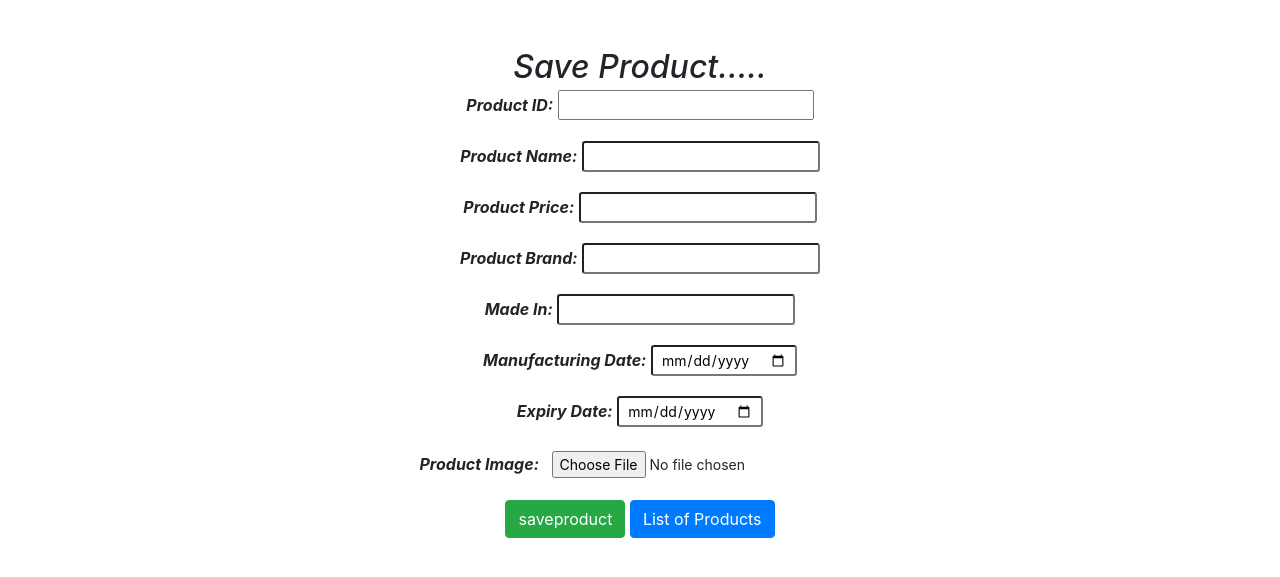
Repository: ShailajaMakkala/AdvJavaPrograms
Page: ProductManagementApp1/src/main/webapp/add-product.html
These files come from the project's save history. The page is drawn as it stood at one moment and after the next save; the edit follows.
The browser window is 1280 px wide. The pictures show the whole page.

Above is the page before, as saved 2024-03-11 09:44:54.

### ProductManagementApp1/src/main/webapp/add-product.html
<html>
<head>
<title>Add Product</title>

<!-- Bootstrap CDN Links to Get the support of Bootstrap -->
<link rel="stylesheet"  href="https://stackpath.bootstrapcdn.com/bootstrap/4.3.1/css/bootstrap.min.css"></link>

<!-- This is Javascript validation code location -->
<script src="formvalidation.js"></script>
</head>

<body>
 <div class ="container mt-5 text-center">
   <h2 class="text-center font-italic mb-1">Save Product.....</h2>
   <form method="post" action="./AddProductServlet" enctype="multipart/form-data" onsubmit="return validateForm()">

       <div class="form-group">
            <label class="font-italic font-weight-bold" for="proId">Product ID:</label>
            <input type="text"  id="proId" name="proId" required>

       </div>

        <div class="form-group">
            <label class="font-italic font-weight-bold" for="proName">Product Name:</label>
            <input type="text" class="form-control-sm" id="proName" name="proName" required>

       </div>

         <div class="form-group">
            <label class="font-italic font-weight-bold" for="proPrice">Product Price:</label>
            <input type="number" class="form-control-sm" id="proPrice" name="proPrice" required>

       </div>

         <div class="form-group">
            <label class="font-italic font-weight-bold" for="proBrand">Product Brand:</label>
            <input type="text" class="form-control-sm" id="proBrand" name="proBrand" required>

       </div>

         <div class="form-group">
            <label class="font-italic font-weight-bold" for="proMadeIn">Made In:</label>
            <input type="text" class="form-control-sm" id="proMadeIn" name="proMadeIn" required>

         </div>

         <div class="form-group">
            <label class="font-italic font-weight-bold" for="proMfgDate">Manufacturing Date:</label>
            <input type="date" class="form-control-sm" id="proMfgDate" name="proMfgDate" required>

        </div>

          <div class="form-group">
            <label class="font-italic font-weight-bold" for="proExpDate">Expiry Date:</label>
            <input type="date" class="form-control-sm" id="proExpDate" name="proExpDate" required>

        </div>

         <div class="form-group">
            <label class="font-italic font-weight-bold" for="proImage">Product Image:</label>
            <input type="file" class="form-control-sm" id="proImage" name="proImage" accept="image/*" required>

        </div>

         <div >

            <input type="submit" class="btn btn-success" value="saveproduct"/>
            <a href="productList.jsp" class="btn btn-primary"> List of Products</a>

        </div>



   </form>
 </div>

</body>
</html>

### ProductManagementApp1/src/main/webapp/formvalidation.js
function  validateForm()
{
	// Read the form data
	var proId=document.getElementById("proId").value;
	var proName=document.getElementById("proName").value;
	var proPrice=document.getElementById("proPrice").value;
	var proBrand=document.getElementById("proBrand").value;
	var proMadeIn=document.getElementById("proMadeIn").value;


	if(proId.trim()===""||proName.trim()===""||proPrice.trim()===""||proBrand.trim()===""||proMadeIn.trim()===""){
		alert("All fields must be filled out");
		return false;
	}

	if(parseFloat(proPrice)<0){
		alert("proPrice must be a non-negative value")
	}

	if(proName.length>50 || proBrand.length>50){
		alert("product name and product brand must be less than 50 characters")
	}

	//get the mfg and exp dates

	var proMfcDate=document.getElementById("proMfgDate").value;
	var proExpDate=document.getElementById("proExpDate").value;

	// convert into dateformat
	var manufacturingDateObj=new Date(proMfcDate);
	var expiryDateObj=new Date(proExpDate);

	//check the validation of dates
	if(manufacturingDateObj>expiryDateObj){
		alert("Manufacturing date cannot be greater than expirydate...");
		return false;

	}
	return true;
}

After the next save:
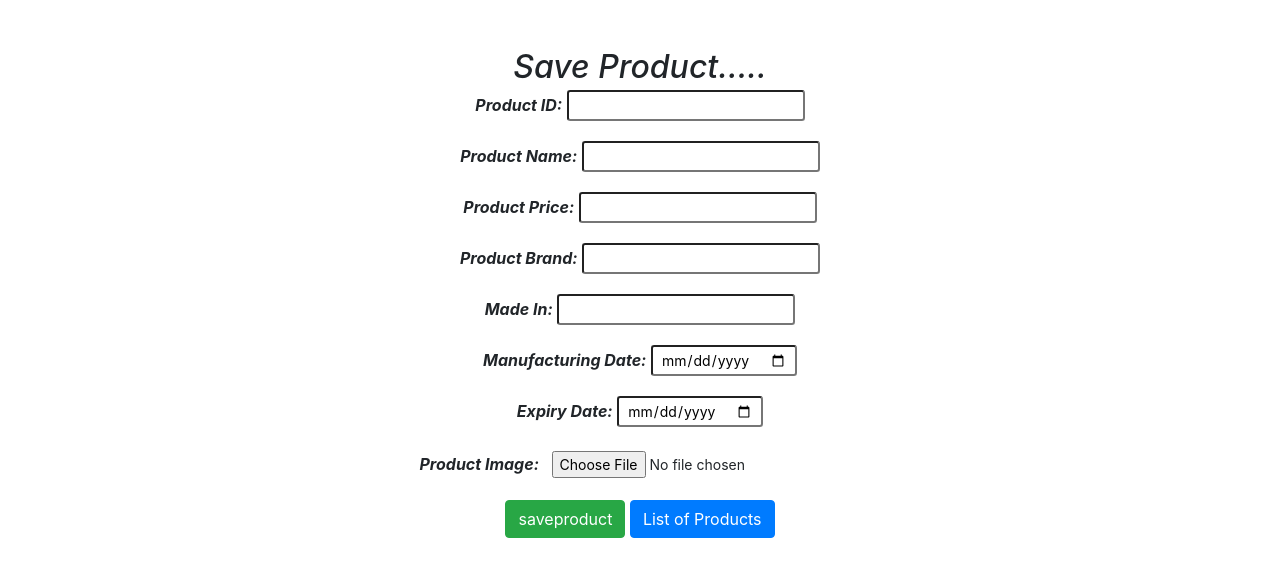
Saved 19 s later.
--- a/ProductManagementApp1/src/main/webapp/add-product.html
+++ b/ProductManagementApp1/src/main/webapp/add-product.html
@@ -16,7 +16,7 @@
 
        <div class="form-group">
             <label class="font-italic font-weight-bold" for="proId">Product ID:</label>
-            <input type="text"  id="proId" name="proId" required>
+            <input type="text" class="form-control-sm" id="proId" name="proId" required>
 
        </div>
 
